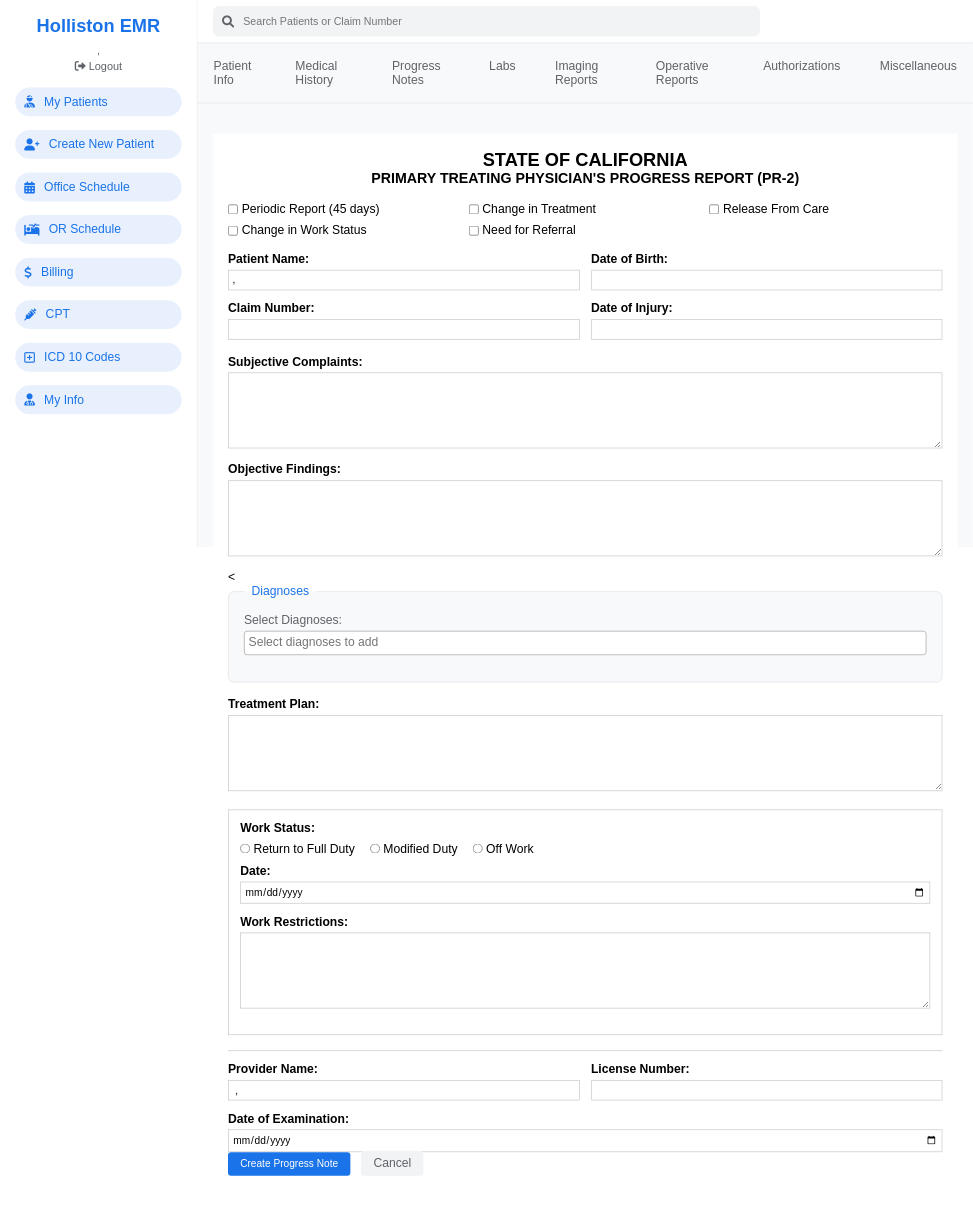
Repository: DavidG626/Flask-Project
Page: templates/create_progress_note.html
The author's editor kept a copy of each file at every save. The page is drawn from the files as they stood at one save, then again after the next save.
The browser window is 1280 px wide. The pictures show the whole page, at 76% of full size.
Some web libraries are served in a nearby version. The template is drawn by Flask 3. The application's start-up code is not run. Other server files are loaded and not shown. The template is opened directly, without the code that normally fills it, so the values that code supplies are empty.

Above is the page before, as saved 2025-02-10 12:59:34.

### templates/create_progress_note.html
<!DOCTYPE html>
<html lang="en">
<head>
   <meta charset="UTF-8">
   <meta name="viewport" content="width=device-width, initial-scale=1.0">
   <title>Create Progress Note</title>
   <link rel="stylesheet" type="text/css" href="/static/dashboard.css">
   <link rel="stylesheet" type="text/css" href="/static/patient_info.css">
   <link rel="stylesheet" type="text/css" href="/static/pr2.css">
   <link href="https://cdn.jsdelivr.net/npm/select2@4.1.0-rc.0/dist/css/select2.min.css" rel="stylesheet" />
   <script src="https://cdn.jsdelivr.net/npm/jquery@3.6.0/dist/jquery.min.js"></script>
   <script src="https://cdn.jsdelivr.net/npm/select2@4.1.0-rc.0/dist/js/select2.min.js"></script>
   <link href="https://cdnjs.cloudflare.com/ajax/libs/font-awesome/6.0.0/css/all.min.css" rel="stylesheet">
</head>
<body>
   <div class="container">
       <!-- Sidebar -->
       <aside class="sidebar">
           <div class="logo">Holliston EMR</div>
           <div class="logged-user">
               {{ current_user.first_name }} {{ current_user.last_name }}, {{ current_user.medical_title }}
               <a href="{{ url_for('dashboard.logout') }}" class="logout-link">
                   <i class="fas fa-sign-out-alt"></i> Logout
               </a>
           </div>
           <nav>
               <ul>
                   <li class="active">
                       <a href="{{ url_for('dashboard.my_patients') }}">
                           <i class="fas fa-user-injured"></i>My Patients
                       </a>
                   </li>
               </ul>
               <br>
               <ul>
                   <li class="active">
                       <a href="{{ url_for('dashboard.create_patient') }}">
                           <i class="fas fa-user-plus"></i>Create New Patient
                       </a>
                   </li>
               </ul>
               <br>
               <ul>
                   <li class="active"><a href=""><i class="fas fa-calendar-alt"></i>Office Schedule</a></li>
               </ul>
               <br>
               <ul>
                   <li class="active"><a href=""><i class="fas fa-procedures"></i>OR Schedule</a></li>
               </ul>
               <br>
               <ul>
                   <li class="active"><a href=""><i class="fas fa-dollar-sign"></i>Billing</a></li>
               </ul>
               <br>
               <ul>
                   <li class="active">
                       <a href="{{ url_for('cpt.cpt_codes') }}">
                           <i class="fas fa-syringe"></i>CPT
                       </a>
                   </li>
               </ul>
               <br>
               <ul>
                   <li class="active">
                       <a href="{{ url_for('icd10.icd10_codes') }}">
                           <i class="far fa-plus-square"></i>ICD 10 Codes
                       </a>
                   </li>
               </ul>
               <br>
               <ul>
                   <li class="active">
                       <a href="{{ url_for('dashboard.my_info') }}">
                           <i class="fas fa-user-md"></i>My Info
                       </a>
                   </li>
               </ul>
           </nav>
       </aside>

       <!-- Main Content -->
       <main>
           <header>
               <div class="search-bar">
                   <i class="fas fa-search"></i>
                   <form action="{{ url_for('dashboard.my_patients') }}" method="get">
                       <input type="text" name="search" placeholder="Search Patients or Claim Number">
                   </form>
               </div>
           </header>

           <!-- Patient Tabs -->
           <div class="patient-tabs">
                <a href="{{ url_for('dashboard.patient_detail', patient_id=patient.id) }}" class="tab">Patient Info</a>
                <a href="{{ url_for('dashboard.patient_medical_history', patient_id=patient.id) }}" class="tab">Medical History</a>
                <a href="{{ url_for('pr2.progress_notes', patient_id=patient.id) }}" class="tab active">Progress Notes</a>
                <a href="{{ url_for('labs.patient_labs', patient_id=patient.id) }}" class="tab">Labs</a>
                <a href="{{ url_for('imaging.patient_imaging', patient_id=patient.id) }}" class="tab">Imaging Reports</a>
                <a href="{{ url_for('operative.patient_operative_reports', patient_id=patient.id) }}" class="tab">Operative Reports</a>
                <a href="{{ url_for('auth.patient_authorizations', patient_id=patient.id) }}" class="tab">Authorizations</a>
                <a href="{{ url_for('misc.patient_misc', patient_id=patient.id) }}" class="tab">Miscellaneous</a>
            </div>

           <div class="content">
            <div class="pr2-form">
                <div class="pr2-header">
                    <h2>STATE OF CALIFORNIA</h2>
                    <h3>PRIMARY TREATING PHYSICIAN'S PROGRESS REPORT (PR-2)</h3>
                </div>

                <form method="POST">
                    <!-- Report Type Section -->
                    <div class="checkbox-grid">
                        <div class="checkbox-item">
                            <input type="checkbox" name="is_periodic_report" id="periodic">
                            <label for="periodic">Periodic Report (45 days)</label>
                        </div>
                        <div class="checkbox-item">
                            <input type="checkbox" name="is_change_in_treatment" id="treatment">
                            <label for="treatment">Change in Treatment</label>
                        </div>
                        <div class="checkbox-item">
                            <input type="checkbox" name="is_release_from_care" id="release">
                            <label for="release">Release From Care</label>
                        </div>
                        <div class="checkbox-item">
                            <input type="checkbox" name="is_change_in_work_status" id="work">
                            <label for="work">Change in Work Status</label>
                        </div>
                        <div class="checkbox-item">
                            <input type="checkbox" name="is_need_for_referral" id="referral">
                            <label for="referral">Need for Referral</label>
                        </div>
                    </div>

                    <!-- Patient Information Section -->
                    <div class="patient-info-grid">
                        <div class="form-field">
                            <label>Patient Name:</label>
                            <input type="text" value="{{ patient.patient_last_name }}, {{ patient.patient_first_name }}" readonly>
                        </div>
                        <div class="form-field">
                            <label>Date of Birth:</label>
                            <input type="text" value="{{ patient.patient_date_of_birth.strftime('%m/%d/%Y') }}" readonly>
                        </div>
                        <div class="form-field">
                            <label>Claim Number:</label>
                            <input type="text" value="{{ patient.patient_claim_number }}" readonly>
                        </div>
                        <div class="form-field">
                            <label>Date of Injury:</label>
                            <input type="text" value="{{ patient.patient_date_of_injury.strftime('%m/%d/%Y') }}" readonly>
                        </div>
                    </div>

                    <!-- Subjective Section -->
                    <div class="text-area-field">
                        <label>Subjective Complaints:</label>
                        <textarea name="subjective_complaints" required></textarea>
                    </div>

                    <!-- Objective Section -->
                    <div class="text-area-field">
                        <label>Objective Findings:</label>
                        <textarea name="objective_findings" required></textarea>
                    </div>



                    <!-- Diagnosis -->
                    <<fieldset>
                        <legend>Diagnoses</legend>
                        <div class="form-group">
                            <label>Select Diagnoses:</label>
                            <select name="diagnoses" multiple class="form-select">
                                <option value="">Select a diagnosis</option>
                                {% for code in icd10_codes %}
                                    <option value="{{ code.id }}">{{ code.description }} ({{ code.code }})</option>
                                {% endfor %}
                            </select>
                        </div>
                    </fieldset>


                    <!-- Treatment Plan Section -->
                    <div class="text-area-field">
                        <label>Treatment Plan:</label>
                        <textarea name="treatment_plan" required></textarea>
                    </div>

                    <!-- Work Status Section -->
                    <div class="work-status-section">
                        <h4>Work Status:</h4>
                        <div class="work-status-options">
                            <div class="radio-item">
                                <input type="radio" name="work_status" value="full_duty" id="full_duty">
                                <label for="full_duty">Return to Full Duty</label>
                            </div>
                            <div class="radio-item">
                                <input type="radio" name="work_status" value="modified" id="modified">
                                <label for="modified">Modified Duty</label>
                            </div>
                            <div class="radio-item">
                                <input type="radio" name="work_status" value="off_work" id="off_work">
                                <label for="off_work">Off Work</label>
                            </div>
                        </div>
                        <div class="form-field">
                            <label>Date:</label>
                            <input type="date" name="work_status_date">
                        </div>
                        <div class="text-area-field" id="work-restrictions">
                            <label>Work Restrictions:</label>
                            <textarea name="work_restrictions"></textarea>
                        </div>
                    </div>

                    <!-- Provider Information Section -->
                    <div class="provider-section">
                        <div class="form-row">
                            <div class="form-field">
                                <label>Provider Name:</label>
                                <input type="text" value="{{ current_user.first_name }} {{ current_user.last_name }}, {{ current_user.medical_title }}" readonly>
                            </div>
                            <div class="form-field">
                                <label>License Number:</label>
                                <input type="text" value="{{ current_user.medical_license }}" readonly>
                            </div>
                        </div>
                        <div class="form-field">
                            <label>Date of Examination:</label>
                            <input type="date" name="date_of_exam" required>
                        </div>
                    </div>

                    <div class="form-buttons">
                        <button type="submit" class="save-btn">Create Progress Note</button>
                        <a href="{{ url_for('pr2.progress_notes', patient_id=patient.id) }}" class="cancel-btn">Cancel</a>
                    </div>
                </form>
            </div>
        </div>
        <script>
            $(document).ready(function() {
                $('.form-select').select2({
                    placeholder: 'Select diagnoses to add',
                    allowClear: true,
                    width: '100%'
                });
            });
            </script>

       </main>
       </body>

### static/patient_info.css
.registration-container {
    background: white;
    border-radius: 8px;
    padding: 20px;
    margin: 20px;
    box-shadow: 0 2px 4px rgba(0,0,0,0.1);
}

.registration-container h2 {
    color: #5f6368;
    margin-bottom: 20px;
    font-size: 1.5rem;
}

fieldset {
    border: 1px solid #e1e4e8;
    border-radius: 8px;
    padding: 20px;
    margin-bottom: 20px;
    background: #f8f9fa;
}

legend {
    color: #1a73e8;
    font-weight: 500;
    padding: 0 10px;
}

.form-group {
    margin-bottom: 15px;
}

.form-group label {
    display: block;
    margin-bottom: 5px;
    color: #5f6368;
    font-weight: 500;
}

.form-input {
    width: 100%;
    padding: 8px 12px;
    border: 1px solid #e1e4e8;
    border-radius: 4px;
    font-size: 14px;
    background: white;
}

/* Date fields styling */
.date-group {
    display: flex;
    gap: 10px;
}

.date-group .form-input {
    width: 33%;
    text-align: center;
}

/* Button styling */
.buttons {
    margin-top: 20px;
    display: flex;
    gap: 10px;
}

.save-btn {
    background: #1a73e8;
    color: white;
    padding: 8px 16px;
    border: none;
    border-radius: 4px;
    cursor: pointer;
    font-weight: 500;
    text-decoration: none;
}

.save-btn:hover {
    background: #1557b0;
}

.cancel-btn {
    background: #f1f3f4;
    color: #5f6368;
    padding: 8px 16px;
    border: none;
    border-radius: 4px;
    text-decoration: none;
    font-weight: 500;
}

.cancel-btn:hover {
    background: #e3e6e8;
}
/* Patient tabs styling */
.patient-tabs {
    display: flex;
    gap: 10px;
    padding: 10px 0;
    border-bottom: 1px solid #e1e4e8;
}

.patient-tabs .tab {
    padding: 10px 20px;
    background: #f8f9fa;
    color: #5f6368;
    text-decoration: none;
    border-radius: 4px 4px 0 0;
    cursor: pointer;
    border: 1px solid transparent;
}

.patient-tabs .tab:hover {
    color: #1a73e8;
}

.patient-tabs .tab:active,
.patient-tabs .tab:focus {
    background: white;
    border-color: #e1e4e8;
    color: #1a73e8;
    margin-bottom: -1px;
}

.pmh-tabs .tab-pane {
    display: none;
    padding: 20px;
    background: #ffffff;
}

/* Responsive adjustments */
@media (max-width: 1600px) {
    html {
        font-size: 16px;
    }
}

@media (max-width: 1200px) {
    html {
        font-size: 16px;
    }
}

@media (max-width: 992px) {
    html {
        font-size: 14px;
    }
}

@media (max-width: 768px) {
    html {
        font-size: 12px;
    }
}

@media (max-width: 600px) {
    html {
        font-size: 10px;
    }
}

### static/pr2.css
/* static/pr2.css */



.pr2-form {
    max-width: 1000px;
    margin: 20px auto;
    padding: 20px;
    background: white;
}

.pr2-header {
    text-align: center;
    margin-bottom: 20px;
}

.pr2-title {
    font-size: 18px;
    font-weight: bold;
    text-align: center;
    margin: 10px 0;
}

.checkbox-grid {
    display: grid;
    grid-template-columns: repeat(3, 1fr);
    gap: 10px;
    margin: 15px 0;
}

.checkbox-item {
    display: flex;
    align-items: center;
    gap: 5px;
}

.patient-info-grid {
    display: grid;
    grid-template-columns: repeat(2, 1fr);
    gap: 15px;
    margin: 20px 0;
}

.form-row {
    display: flex;
    gap: 15px;
    margin-bottom: 15px;
}

.form-field {
    flex: 1;
}

.form-field label {
    display: block;
    font-weight: bold;
    margin-bottom: 5px;
}

.form-field input {
    width: 100%;
    padding: 5px;
    border: 1px solid #ccc;
}

.text-area-field {
    margin: 15px 0;
}

.text-area-field label {
    display: block;
    font-weight: bold;
    margin-bottom: 5px;
}

.text-area-field textarea {
    width: 100%;
    min-height: 100px;
    padding: 10px;
    border: 1px solid #ccc;
}

.diagnoses-grid {
    display: grid;
    grid-template-columns: repeat(2, 1fr);
    gap: 15px;
    margin: 15px 0;
}

.diagnosis-row {
    display: flex;
    gap: 10px;
}

.work-status-section {
    margin: 20px 0;
    padding: 15px;
    border: 1px solid #ccc;
}

.work-status-options {
    display: flex;
    gap: 20px;
    margin: 10px 0;
}

.provider-section {
    margin-top: 20px;
    border-top: 1px solid #ccc;
    padding-top: 15px;
}

/* Print styles */
@media print {
    .pr2-form {
        margin: 0;
        padding: 0;
    }

    .sidebar, .patient-tabs, .buttons {
        display: none;
    }
}

/* Responsive adjustments */
@media (max-width: 1600px) {
    html {
        font-size: 16px;
    }
}

@media (max-width: 1200px) {
    html {
        font-size: 16px;
    }
}

@media (max-width: 992px) {
    html {
        font-size: 14px;
    }
}

@media (max-width: 768px) {
    html {
        font-size: 12px;
    }
}

@media (max-width: 600px) {
    html {
        font-size: 10px;
    }
}

Loaded but not shown: static/dashboard.css (408 lines, source omitted)

After the next save:
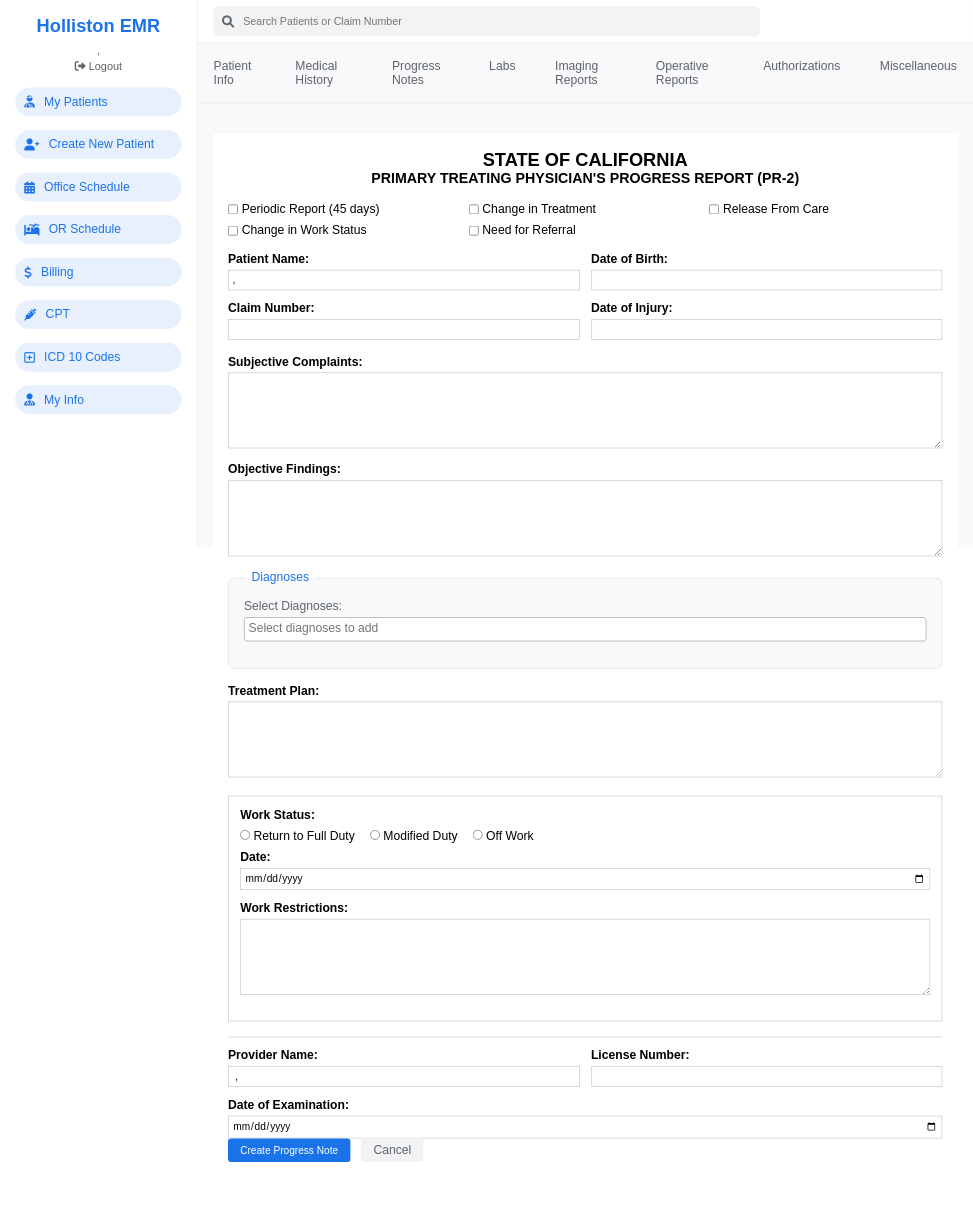
Saved 13 s later.
--- a/templates/create_progress_note.html
+++ b/templates/create_progress_note.html
@@ -168,7 +168,7 @@
 
 
                     <!-- Diagnosis -->
-                    <<fieldset>
+                    <fieldset>
                         <legend>Diagnoses</legend>
                         <div class="form-group">
                             <label>Select Diagnoses:</label>
